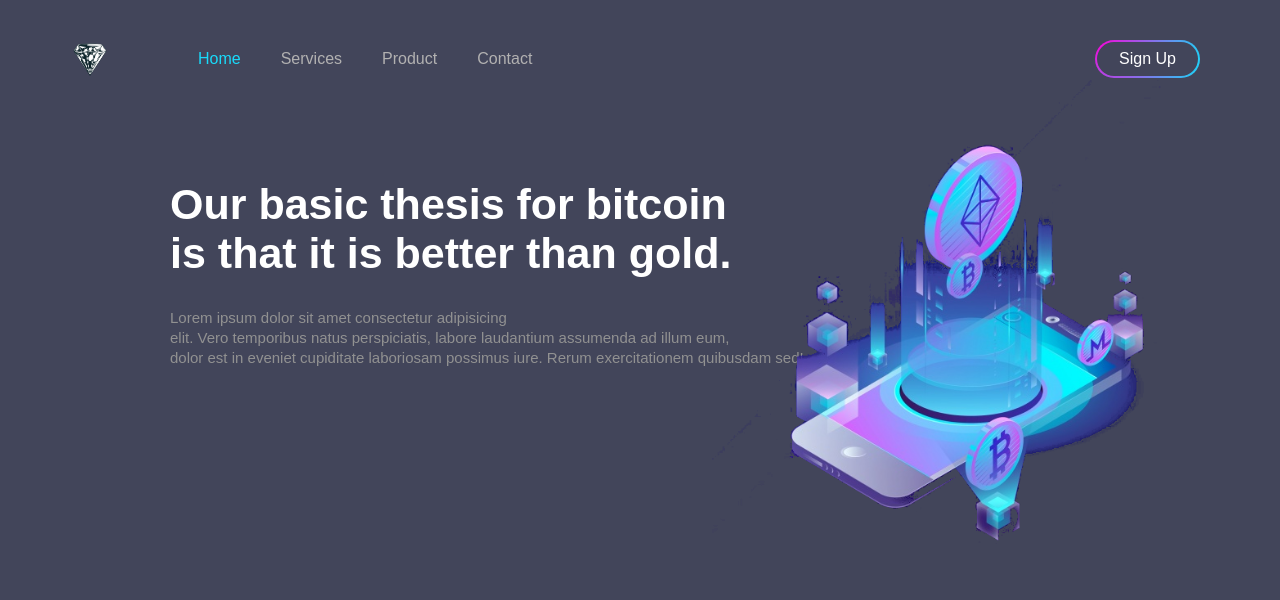
Repository: Aakarshit-Sharma19/Basic-HTML-and-CSS-Page-
Page: index.html
These files come from the project's save history. The page is drawn as it stood at one moment and after a run of saves; the edit follows.
The browser window is 1280 px wide. The pictures show the whole page.

Above is the page before, as saved 2020-11-10 15:35:59.

### index.html
<!DOCTYPE html>
<html lang="en">

<head>
    <title>Crypto Currency Web App - Easy Tutorials</title>
    <link rel="stylesheet" href="style.css">
</head>

<body>
    <div class="container">
        <div class="menu">
            <ul>
                <li class="logo"><img src="1349.png" alt="diamond"></li>
                <li class="active">Home</li>
                <li>Services</li>
                <li>Product</li>
                <li>Contact</li>
                <li><a href="#" class="signup-btn"><span>Sign Up</span></a></li>
            </ul>
        </div>
        <div class="banner">
            <div class="app-text">
                <h1>Our basic thesis for bitcoin <br> is that it is better than gold.</h1>
                <p>Lorem ipsum dolor sit amet consectetur adipisicing <br>elit. Vero temporibus natus perspiciatis,
                    labore
                    laudantium assumenda ad illum eum,<br>  dolor est in eveniet cupiditate laboriosam possimus iure.
                    Rerum
                    exercitationem quibusdam sed!</p>
            </div>
            <div class="app-picture">
                <img src="background.png" alt="">
            </div>
        </div>
    </div>
</body>

</html>

### style.css
* {
    margin: 0;
    padding: 0;
    font-family: sans-serif;
}

body{
    background: #42455a;
}
.container{
    width: 100%;
    height: 100%;
}

.menu ul{
    display: inline-flex;
    margin: 50px;
}

.menu ul li{
    list-style: none;
    margin: 0 20px;
    color: #b2b1b1;
    cursor: pointer;
}

.logo img{
    width: 40px;
    margin-top: -12px;
    margin-right: 48px;
}

.active{
    color: #19dafa!important;
}

.signup-btn{
    top: 40px;
    right: 80px;
    position: absolute;
    text-decoration: none;
    color: #fff;
    border: 2px solid transparent;
    border-radius: 20px;
    background-image: linear-gradient(#42455a, #42455a), radial-gradient(circle at top left, #fd00da, #19d7f8);
    background-origin: border-box;
    background-clip: content-box,border-box;
}

.signup-btn span{
    display: block;
    padding: 8px 22px;
}

.banner{
    width: 80%;
    height: 70%;
    top: 25%;
    left: 130px;
    position: absolute;
    color: #fff;
}

.app-text{
    width: 50%;
    float: left;
}

.app-text h1{
    font-size: 43px;
    width: 640px;
    position: relative;
    margin-left: 40px;
}

.app-text p{
    font-size: 15px;
    width: 650px;
    margin: 30px 0 30px 40px;
    line-height: 20px;
    color: #919191;
}

.app-picture{
    width: 50%;
    float: right;
}

.app-picture img{
    width: 100%;
    margin-top: -100px;
    padding-left: 70px;
}

After the next 2 saves:
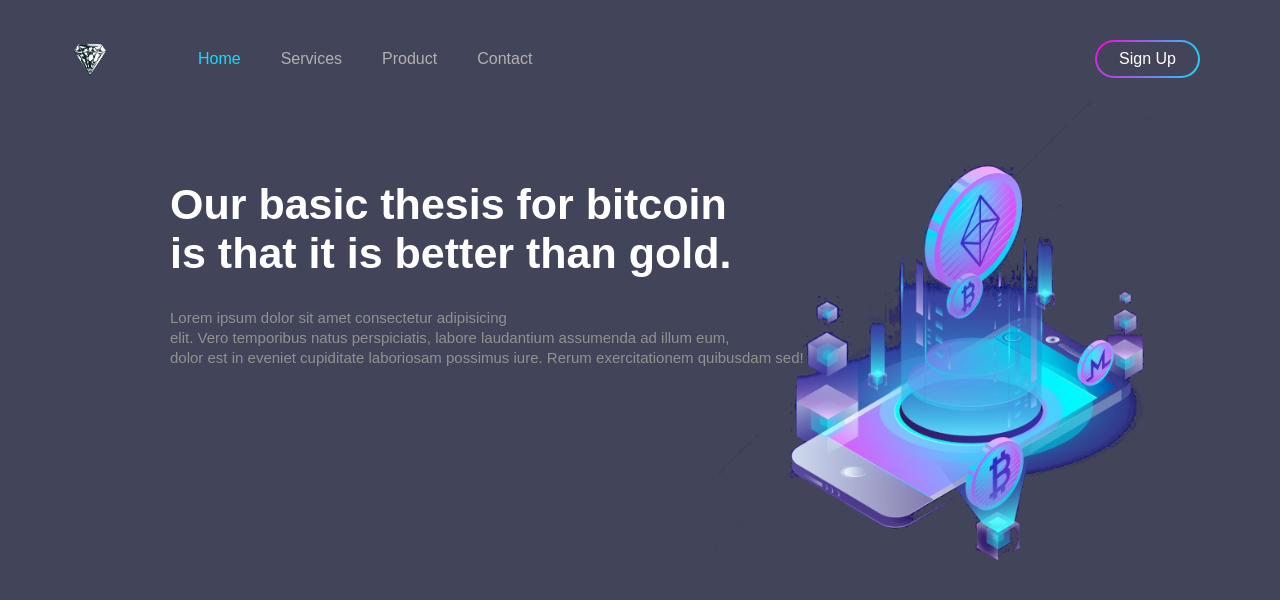
The 2 saves are shown as one change because they came seconds apart.
The last was saved 5 s later.
--- a/style.css
+++ b/style.css
@@ -88,6 +88,6 @@ body{
 
 .app-picture img{
     width: 100%;
-    margin-top: -100px;
+    margin-top: -80px;
     padding-left: 70px;
 }
